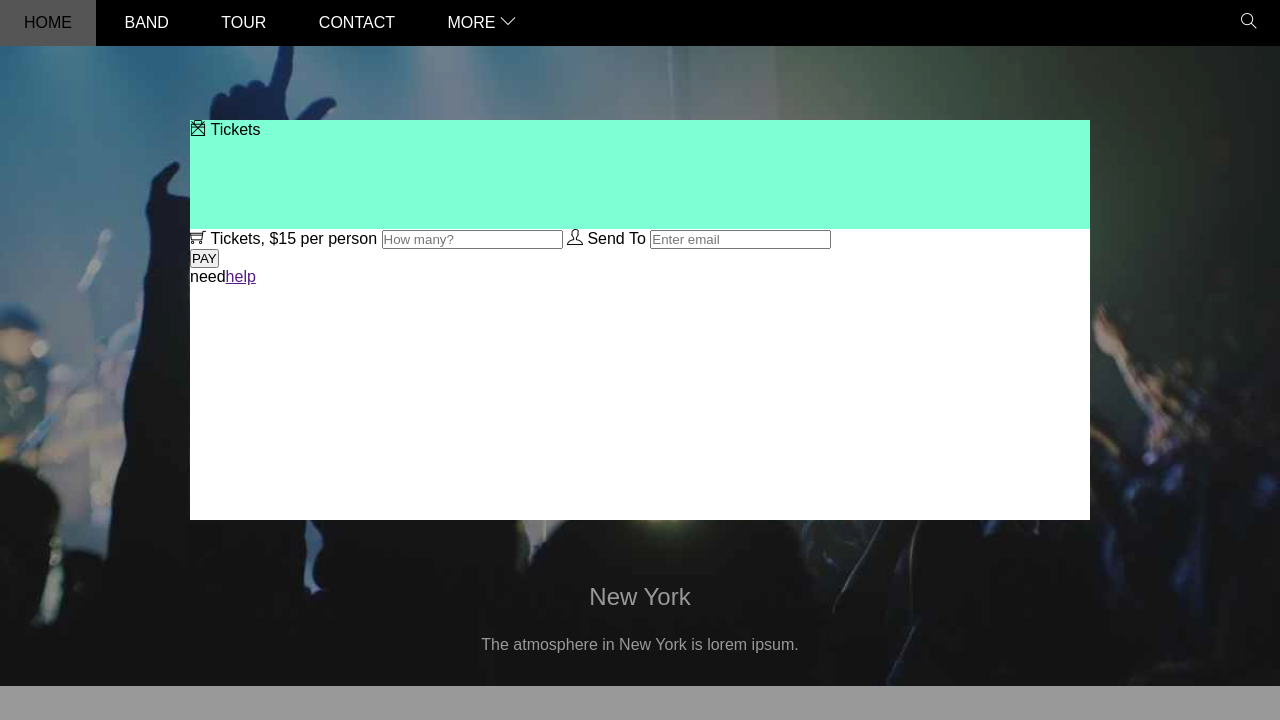
Repository: tung1233hhhhhhhhhhhhh/Website
Page: w3_band/index.html
The author's editor kept a copy of each file at every save. The page is drawn from the files as they stood at one save, then again after a run of saves.
The browser window is 1280 px wide. The pictures show the window.
A layer covers the whole window, so only the first screen is drawn.

Above is the page before, as saved 2023-02-18 21:20:33.

After the next 2 saves:
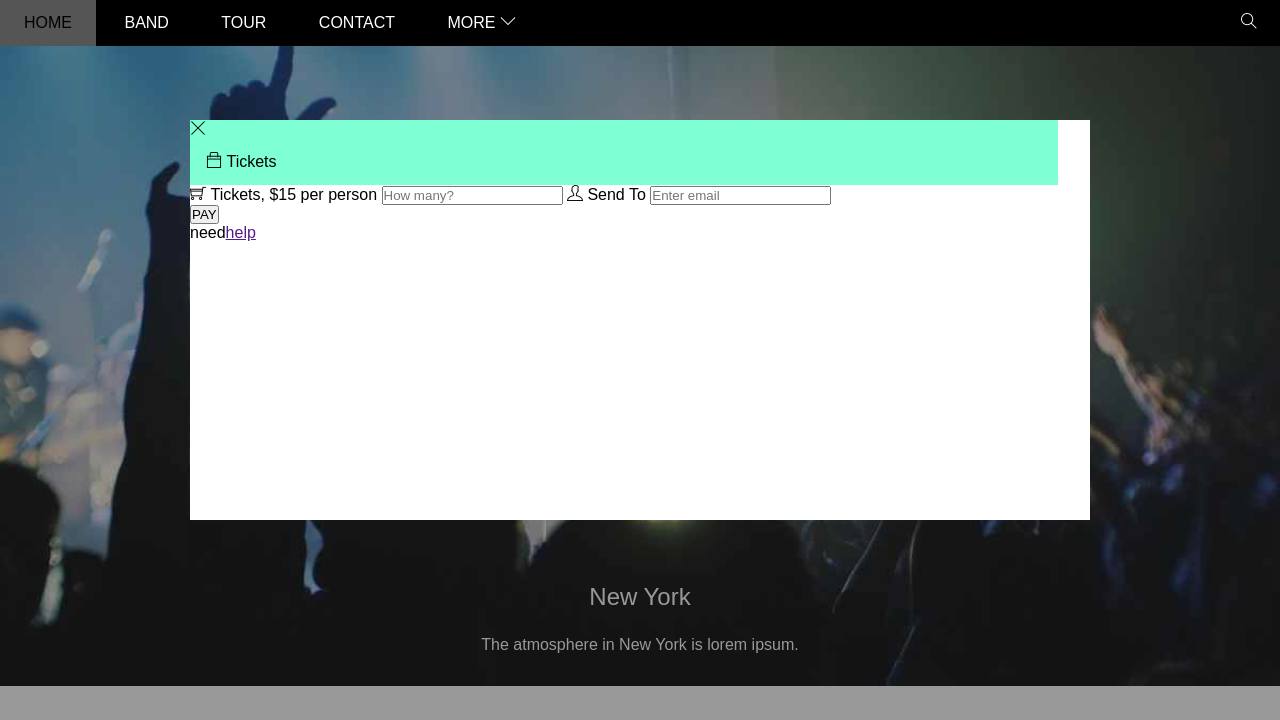
The 2 saves are shown as one change because they came seconds apart.
The last was saved 77 s later.
--- a/w3_band/assets/css/style.css
+++ b/w3_band/assets/css/style.css
@@ -398,9 +398,9 @@
 }
 
 .modal header {
-    width: 100%;
-    height: 109px;
-    /* padding: 32px 16px; */
+    width: 868px;
+    height: 65px;
+    padding: 32px 16px;
     background-color: aquamarine;
 
 }
